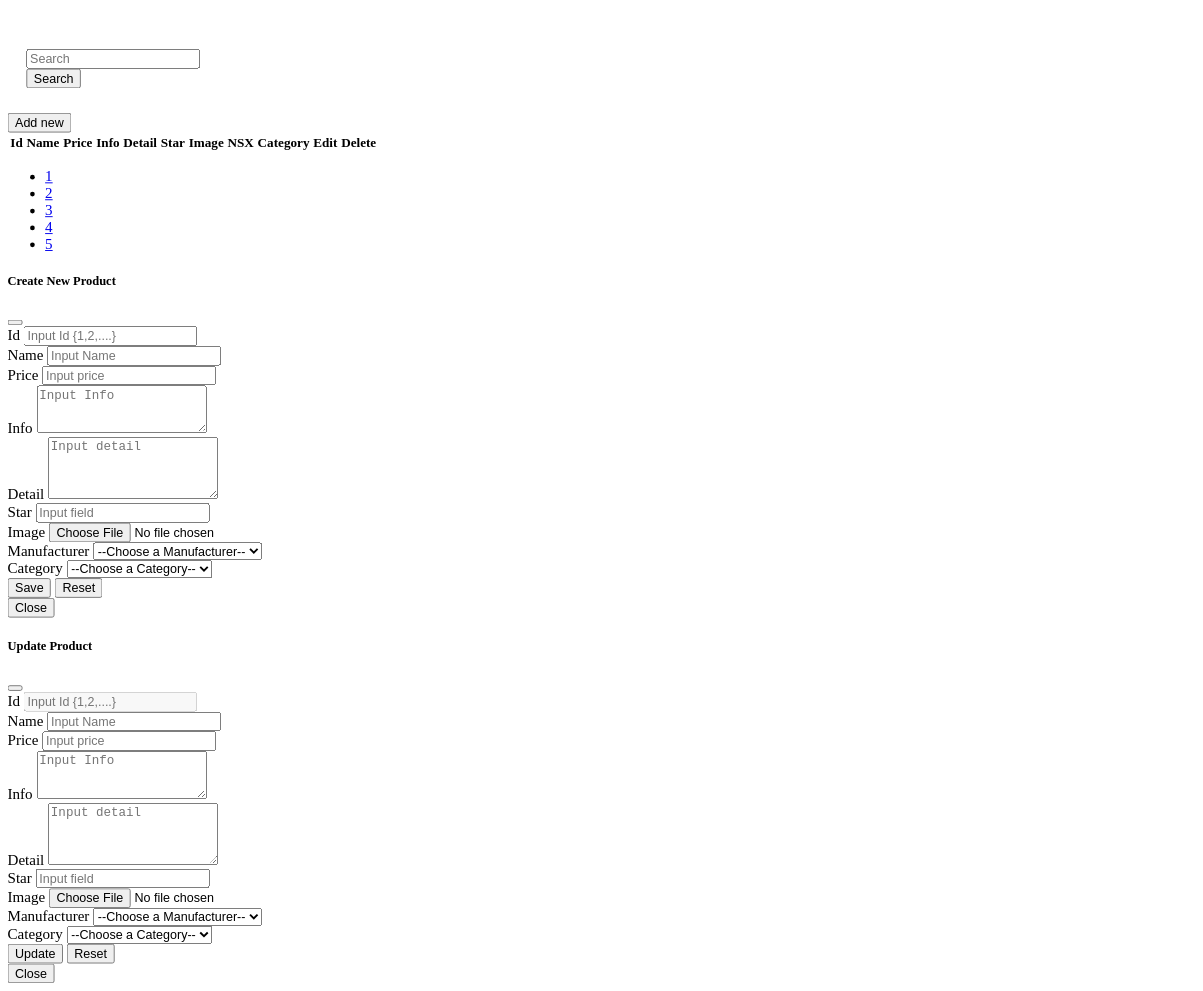
Repository: nguyenhien9/VTI_demo-ecommerce
Page: ADMIN/contentProduct.html
An editor plug-in stored every save of this project. The page is shown before and after the next save, followed by the edit.
The browser window is 1280 px wide. The pictures show the whole page, at 94% of full size.

Above is the page before, as saved 2023-04-05 21:34:49.

After the next save:
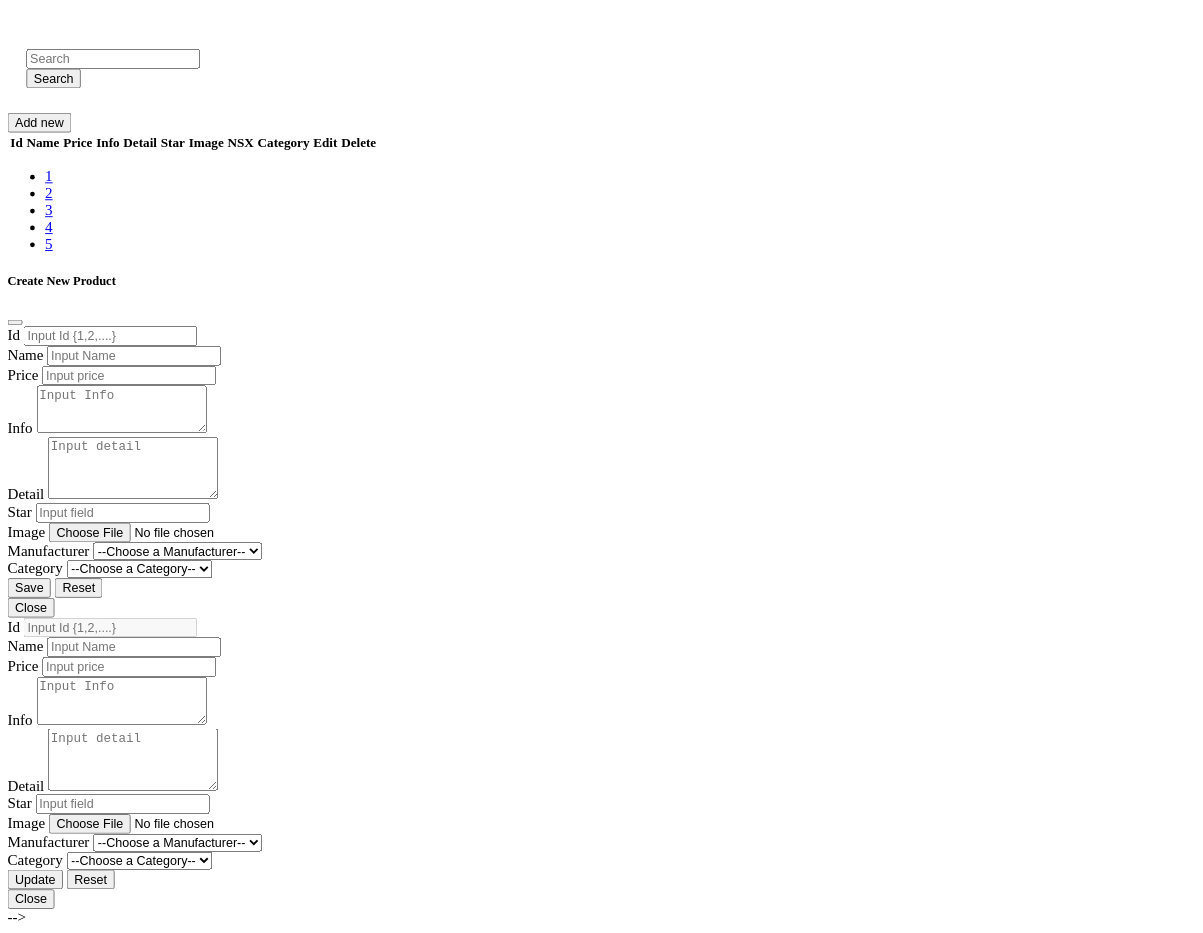
Saved 39 s later.
--- a/ADMIN/contentProduct.html
+++ b/ADMIN/contentProduct.html
@@ -261,7 +261,7 @@
         </div>
       </div>
       <!-- Modal Edit -->
-      <div
+      <!-- <div
         class="modal fade"
         id="updateModal"
         tabindex="-1"
@@ -415,7 +415,7 @@
             </div>
           </div>
         </div>
-      </div>
+      </div> -->
     </div>
   </body>
 </html>
